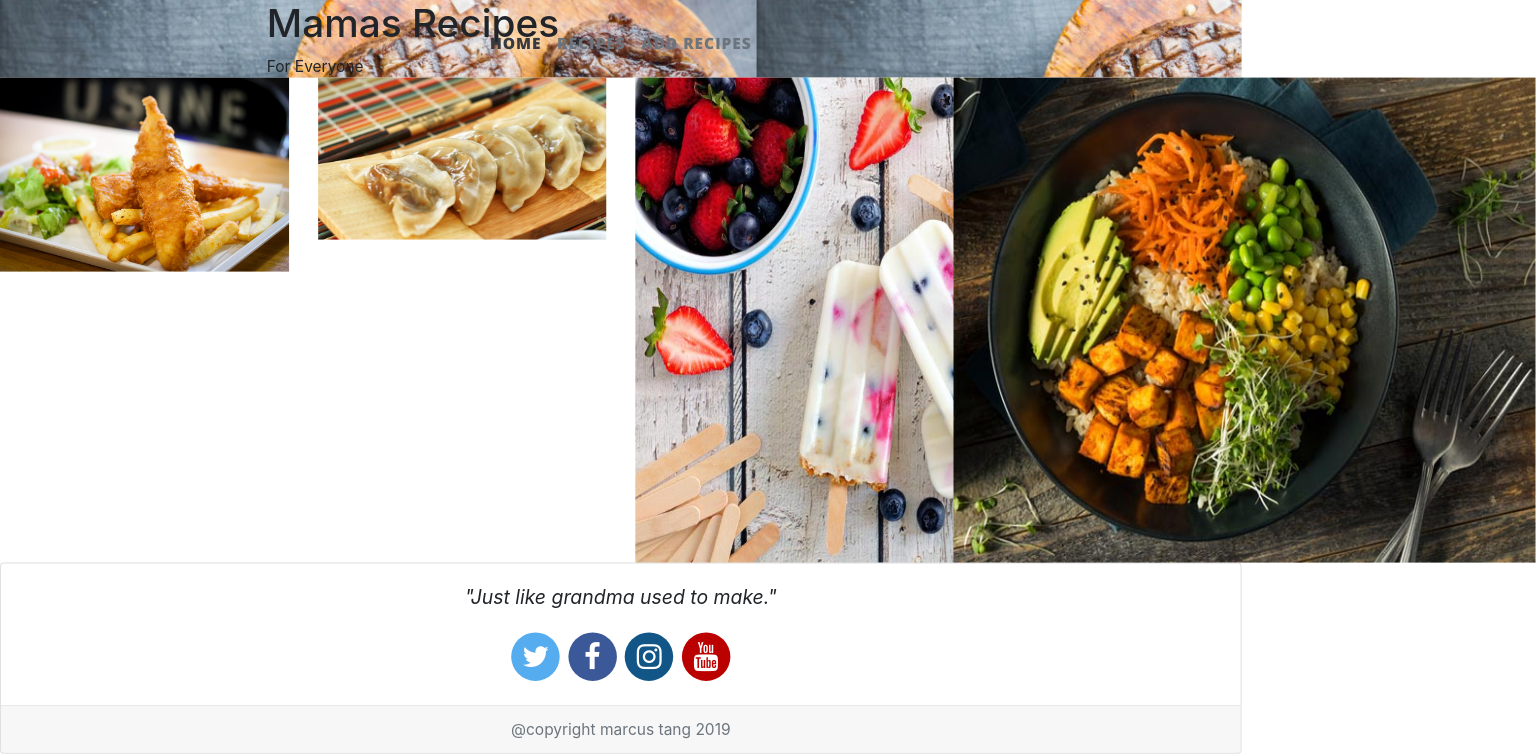
Repository: marstangg/mamasrecipes
Page: templates/index.html
The author's editor kept a record of every edit. The page is drawn from the files as they stood at one moment, then again after the next edit.
The browser window is 1280 px wide. The page is 1583 px wide, so the pictures cover 1583 px, including what lies to the right of the window. The pictures show the whole page, at 97% of full size.
Some web libraries are served in a nearby version. The template is drawn by Flask 3. The application's start-up code is not run. The template is opened directly, without the code that normally fills it, so the values that code supplies are empty.

Above is the page before.

After the next edit:
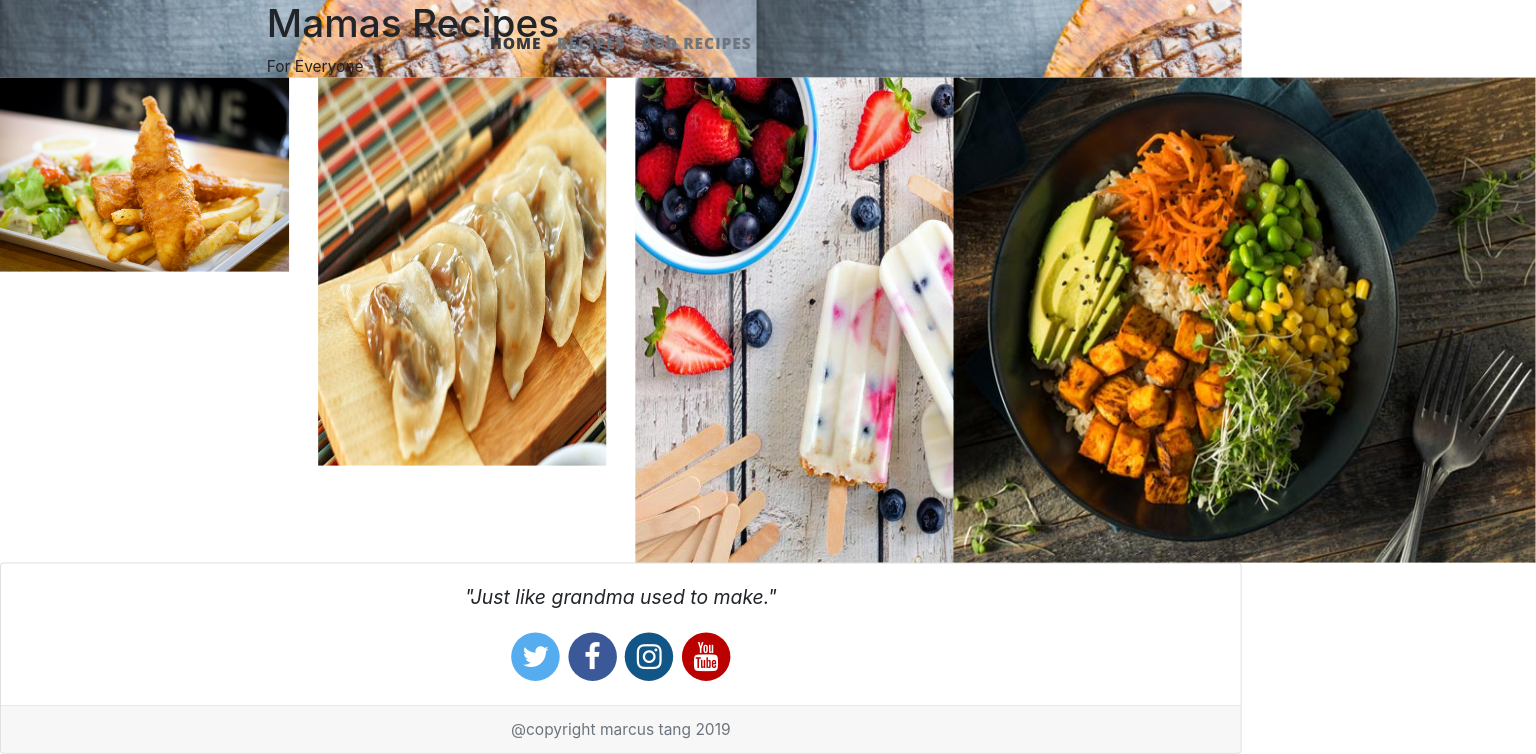
The edit:
--- a/templates/index.html
+++ b/templates/index.html
@@ -21,7 +21,7 @@
       <img src="static/img/western.jpg" alt="western" width="100%" height="200">
     </div>
     <div class="col-3">
-      <img src="static/img/gyoza.jpg" alt="asian" width="100%" height="auto">
+      <img src="static/img/gyoza.jpg" alt="asian" width="100%" height="400">
     </div>
     <div class="col-3">
       <img src="static/img/dessert.jpg" alt="dessert"width="600" height="500">
